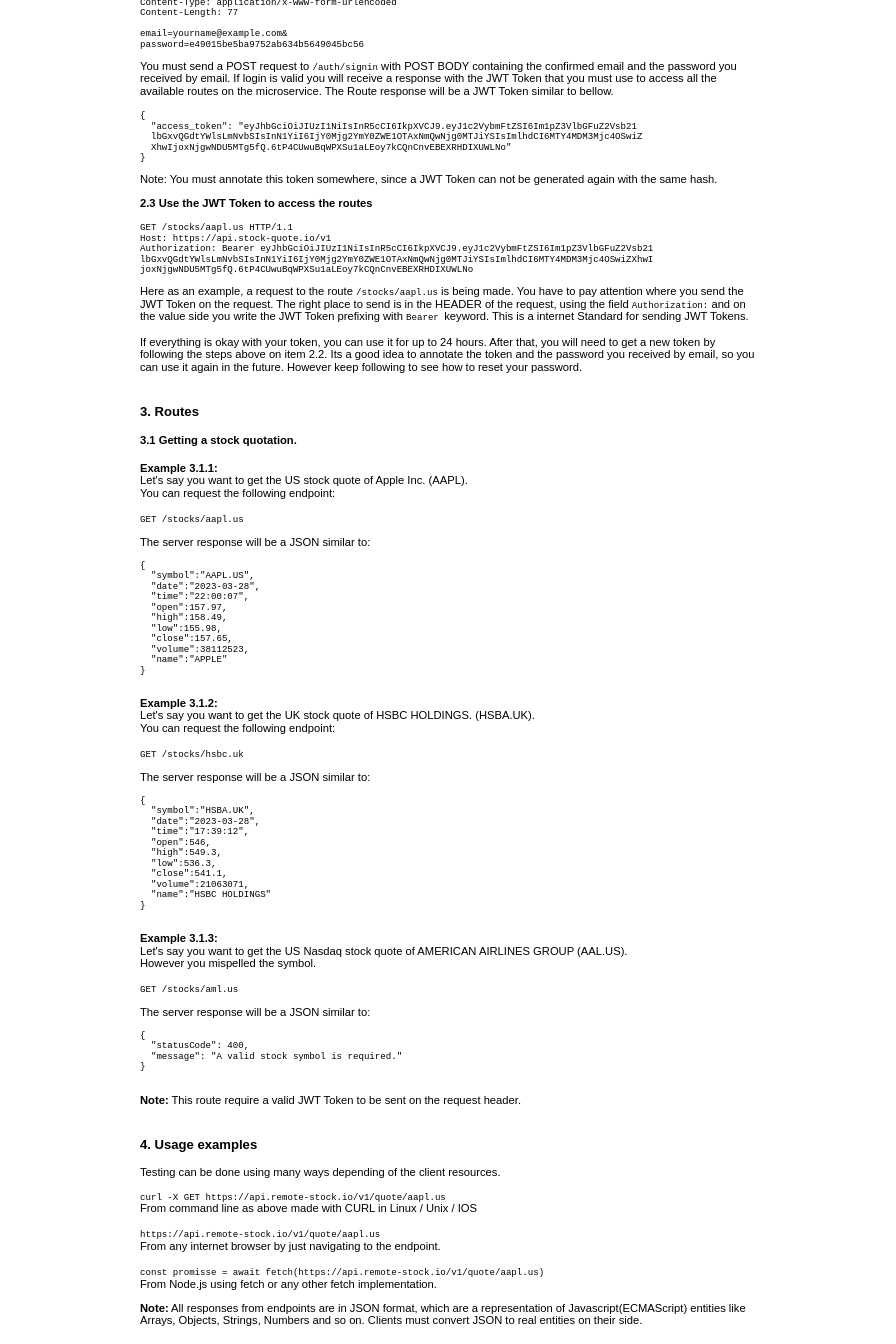
Repository: miguelamello/nest-js
Page: stock-service/documentation.html
The author's editor kept a copy of each file at every save. The page is drawn from the files as they stood at one save, then again after the next save.
The browser window is 1280 px wide. The pictures show the part of the page from y = 974 to 2894 px (the page is 3382 px tall before and 3400 px after), at 70% of full size.

Above is the page before, as saved 2023-04-02 20:53:44.

### stock-service/documentation.html
<!DOCTYPE html>
<html lang="en">
<head>
  <meta charset="UTF-8">
  <meta http-equiv="X-UA-Compatible" content="IE=edge">
  <meta name="viewport" content="width=device-width, initial-scale=1.0">
  <title>STOCK QUOTE MICROSERVICE</title>
  <style>
    body {
      font-family: Arial, Helvetica, sans-serif;
      padding: 3% 15%;
    }
    h3 {
      margin-top: 5%;
    }
    pre {
      margin: 0;
      overflow: auto;
    }
  </style>
</head>
<body>
  <h2>STOCK QUOTE MICROSERVICE DOCUMENTATION</h2>
  <p>
    This microservice aims to facilitate the acquisition of stock exchange quotes from various
    companies in US and UK. Please follow the documentation to get a complete understanding
    of how the service works.
  </p>

  <h3>1. Entrypoint</h3>
  <code>https://api.stock-quote.io/v1</code>
  <p>
    All routes starts from the entrypoint above. Accessing this entrypoint will
    retrieve the STOCK QUOTE MICROSERVICE DOCUMENTATION in a friendly presentation,
    as easy to read as this page can be.
  </p>

  <p>If you want for a more detailed documentation, you should navigate to the
    STOCK QUOTE MICROSERVICE SPECIFICATION where you will find more technical
    explanations about the service.
  </p>

  <pre>
GET /spec HTTP/1.1
Host: https://api.stock-quote.io/v1
  </pre>

  <h3>2. Authentication</h3>
  <p>A JSON Web Token (JWT) Authentication is required for some routes on the microservice.
    Below is listed the steps that must be followed to get a valid JWT Token. The token is
    a string similar to the following:
  </p>

  <code>eyJhbGciOiJIUzI1NiIsInR5cCI6IkpXVCJ9.eyJ1c2VybmFtZSI6Im1pZ3VlbGFuZ2Vsb21
    lbGxvQGdtYWlsLmNvbSIsInN1YiI6IjY0Mjg2YmY0ZWE1OTAxNmQwNjg0MTJiYSIsImlhdCI6MTY4MDM3Mjc4OSwiZ
    XhwIjoxNjgwNDU5MTg5fQ.6tP4CUwuBqWPXSu1aLEoy7kCQnCnvEBEXRHDIXUWLNo</code>
  <p>

    <br><div><b>2.1 Signup to the service</b></div><br>

    <pre>
POST /auth/signup HTTP/1.1
Host: https://api.stock-quote.io/v1
Content-Type: application/x-www-form-urlencoded
Content-Length: 35

email=yourname@example.com
    </pre>

    <div>You must send a POST request to <code>/auth/signup</code> with POST BODY containing a valid email.
      You will receive a email with a link to confirm your email address. After the email confirmation,
      another email with your Username and Password will be sent to you. You should use this login
      information to get your JWT Token. Keep following.</div>
    </div>
  </p>

  <p>
    <br><div><b>2.2 Signin to the service</b></div><br>

    <pre>
POST /auth/signin HTTP/1.1
Host: https://api.stock-quote.io/v1
Content-Type: application/x-www-form-urlencoded
Content-Length: 77

email=yourname@example.com&
password=e49015be5ba9752ab634b5649045bc56
    </pre>

    <div>You must send a POST request to <code>/auth/signin</code> with POST BODY containing the
      confirmed email and the password you received by email. If login is valid you will
      receive a response with the JWT Token that you must use to access all the available
      routes on the microservice. The Route response will be a JWT Token similar to bellow.
    </div><br>

    <pre>
{
  "access_token": "eyJhbGciOiJIUzI1NiIsInR5cCI6IkpXVCJ9.eyJ1c2VybmFtZSI6Im1pZ3VlbGFuZ2Vsb21
  lbGxvQGdtYWlsLmNvbSIsInN1YiI6IjY0Mjg2YmY0ZWE1OTAxNmQwNjg0MTJiYSIsImlhdCI6MTY4MDM3Mjc4OSwiZ
  XhwIjoxNjgwNDU5MTg5fQ.6tP4CUwuBqWPXSu1aLEoy7kCQnCnvEBEXRHDIXUWLNo"
}
    </pre>

    <div>Note: You must annotate this token somewhere, since a JWT Token can not be generated
      again with the same hash.
    </div>

  </p>

  <p>
    <div><b>2.3 Use the JWT Token to access the routes</b></div><br>

    <pre>
GET /stocks/aapl.us HTTP/1.1
Host: https://api.stock-quote.io/v1
Authorization: Bearer eyJhbGciOiJIUzI1NiIsInR5cCI6IkpXVCJ9.eyJ1c2VybmFtZSI6Im1pZ3VlbGFuZ2Vsb21
lbGxvQGdtYWlsLmNvbSIsInN1YiI6IjY0Mjg2YmY0ZWE1OTAxNmQwNjg0MTJiYSIsImlhdCI6MTY4MDM3Mjc4OSwiZXhwI
joxNjgwNDU5MTg5fQ.6tP4CUwuBqWPXSu1aLEoy7kCQnCnvEBEXRHDIXUWLNo
    </pre>

    <div>Here as an example, a request to the route <code>/stocks/aapl.us</code> is being made.
      You have to pay attention where you send the JWT Token on the request. The right place to
      send is in the HEADER of the request, using the field <code>Authorization:</code> and on the
      value side you write the JWT Token prefixing with <code>Bearer </code> keyword. This is a internet
      Standard for sending JWT Tokens.
    </div><br>

    <div>
      If everything is okay with your token, you can use it for up to 24 hours. After that, you will
      need to get a new token by following the steps above on item 2.2. Its a good idea to annotate
      the token and the password you received by email, so you can use it again in the future. However
      keep following to see how to reset your password.
    </div>
  </p>

  <h3>3. Routes</h3>

  <h4>3.1 Getting a stock quotation.</h4>

  <p>
    <div><b>Example 3.1.1:</b></div>
    <div>Let's say you want to get the US stock quote of Apple Inc. (AAPL).</div>
    <div>You can request the following endpoint:</div><br>
    <code>GET /stocks/aapl.us</code>

    <p>The server response will be a JSON similar to:</p>

    <pre>
{
  "symbol":"AAPL.US",
  "date":"2023-03-28",
  "time":"22:00:07",
  "open":157.97,
  "high":158.49,
  "low":155.98,
  "close":157.65,
  "volume":38112523,
  "name":"APPLE"
}
    </pre>
  </p>
  <p>
    <div><b>Example 3.1.2:</b></div>
    <div>Let's say you want to get the UK stock quote of HSBC HOLDINGS. (HSBA.UK).</div>
    <div>You can request the following endpoint:</div><br>
    <code>GET /stocks/hsbc.uk</code>

    <p>The server response will be a JSON similar to:</p>

    <pre>
{
  "symbol":"HSBA.UK",
  "date":"2023-03-28",
  "time":"17:39:12",
  "open":546,
  "high":549.3,
  "low":536.3,
  "close":541.1,
  "volume":21063071,
  "name":"HSBC HOLDINGS"
}
    </pre>
  </p>

  <p>
    <div><b>Example 3.1.3:</b></div>
    <div>Let's say you want to get the US Nasdaq stock quote of AMERICAN AIRLINES GROUP (AAL.US).</div>
    <div>However you mispelled the symbol.</div><br>
    <code>GET /stocks/aml.us</code>

    <p>The server response will be a JSON similar to:</p>

    <pre>
{
  "statusCode": 400,
  "message": "A valid stock symbol is required."
}
    </pre>

    <p>
      <b>Note:</b> This route require a valid JWT Token to be sent on the request header.
    </p>
  </p>

  <h3>4. Usage examples</h3>

  <p>Testing can be done using many ways depending of the client resources.</p>

  <code>curl -X GET https://api.remote-stock.io/v1/quote/aapl.us</code>
  <div>From command line as above made with CURL in Linux / Unix / IOS</div>
  <br>
  <code>https://api.remote-stock.io/v1/quote/aapl.us</code>
  <div>From any internet browser by just navigating to the endpoint.</div>
  <br>
  <code>const promisse = await fetch(https://api.remote-stock.io/v1/quote/aapl.us)</code>
  <div>From Node.js using fetch or any other fetch implementation.</div>

  <p>
    <b>Note:</b> All responses from endpoints are in JSON format, which are a
    representation of Javascript(ECMAScript) entities like Arrays, Objects,
    Strings, Numbers and so on. Clients must convert JSON to real entities
    on their side.
  </p>

  <h3>5. Error Responses</h3>

  <p>
    Server will respond with an Error Object Literal containing
    the status and the message of error. Errors can be triggered
    by the client itself, for example when sending mistyped endpoints
    or the server itself can trigger a Error when a
    task can not be completed for any reason.
  </p>

  <p>
    <code>{ "statusCode": number, "message": string }</code><br>
    <div>
      The object literal returned will contain two properties:
      "statusCode" with a number and "message" with the human readable text.
    </div>
  </p>

  <p>Exemple Error Message:</p>
  <p>
    <code>
      {"statusCode":400,"message":"Symbol must be a valid quote."}
    </code>
  </p>

  <h3>6. Disclaimer</h3>
  <p>
    This microservice should be used strictly as proposed in this documentation.
    Any usage that is not in accordance with the documentation may result in harmful
    consequences to the user. The authors of this service are not responsible for
    any misuse of the proposed microservice and its consequences. If you have any question,
    suggestion, information regarding the use of this service, please contact
    the authors at <b>developers@remote-stock.io</b>
  </p>

</body>
</html>

After the next save:
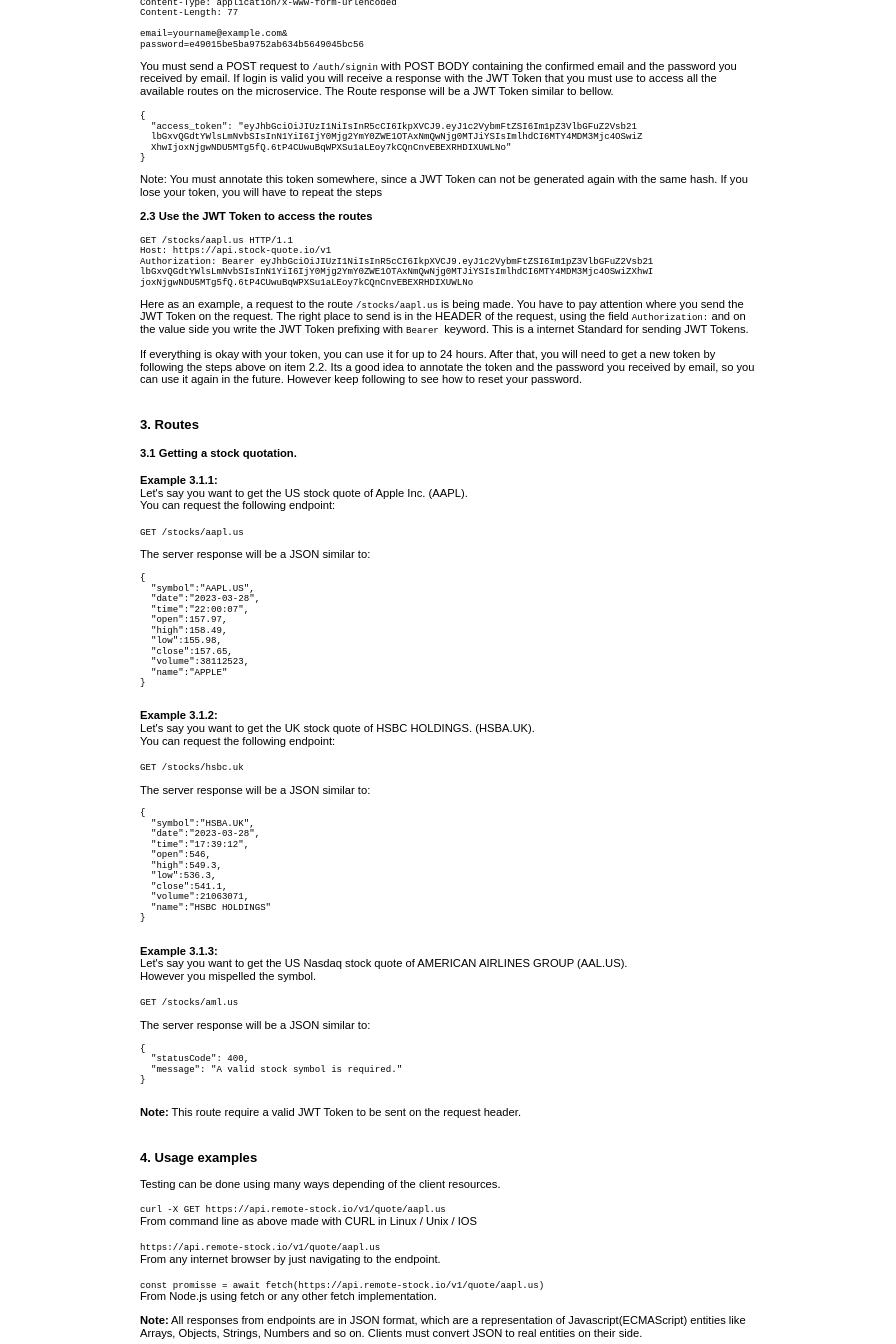
Saved 7 s later.
--- a/stock-service/documentation.html
+++ b/stock-service/documentation.html
@@ -102,7 +102,7 @@ password=e49015be5ba9752ab634b5649045bc56
     </pre>
 
     <div>Note: You must annotate this token somewhere, since a JWT Token can not be generated
-      again with the same hash.
+      again with the same hash. If you lose your token, you will have to repeat the steps
     </div>
 
   </p>
